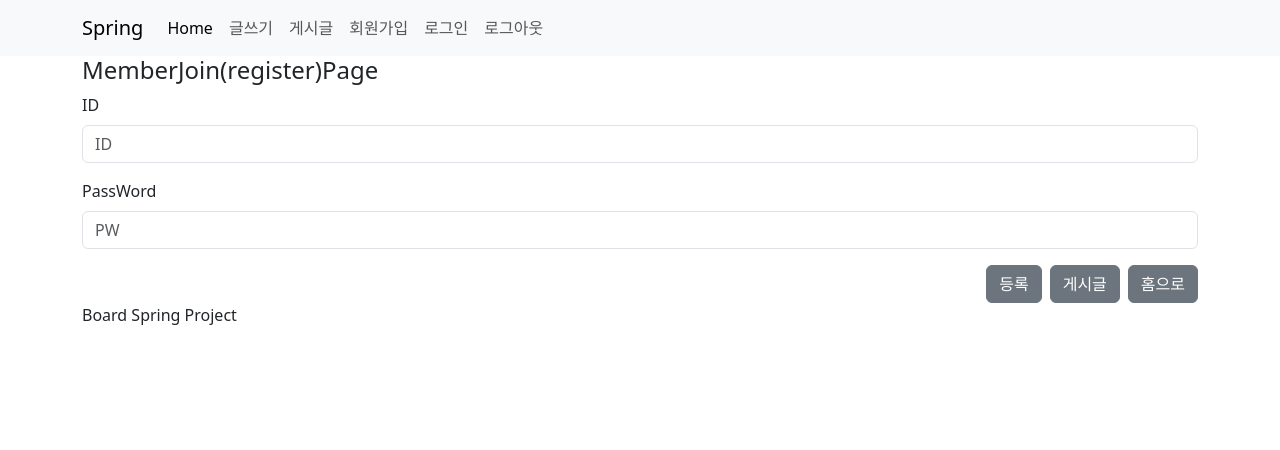
Repository: dasberaht/240430_SPRING_PROJECT
Page: http://localhost/spring_study/WEB-INF/views/member/register.jsp
An editor plug-in stored every save of this project. The page is shown before and after the next save, followed by the edit.
The browser window is 1280 px wide. The pictures show the whole page.
The page is served by Tomcat 9. Nobody is signed in. The template is opened directly, without the code that normally fills it, so the values that code supplies are empty.

Above is the page before, as saved 2024-04-25 05:51:09.

### spring_study/src/main/webapp/WEB-INF/views/member/register.jsp
<%@ page language="java" contentType="text/html; charset=UTF-8"
    pageEncoding="UTF-8"%>

<jsp:include page="../layout/header.jsp" />
	<div class="container-md">
		<h4>MemberJoin(register)Page</h4>
		<div>
		<form action="" method="post">
			<div class="mb-3">
			  <label for="i" class="form-label">ID</label>
			  <input type="text" class="form-control" name="id" id="i" placeholder="ID">
			</div>
			<div class="mb-3">
			  <label for="p" class="form-label">PassWord</label>
			  <input type="text" class="form-control" name="pw" id="p" placeholder="PW">
			</div>


			<div class="d-grid gap-2 d-md-flex justify-content-md-end">
			<button type="submit" class="btn btn-secondary">등록</button>
			<a href="/board/list"><button type="button" class="btn btn-secondary">게시글</button></a>
			<a href="index"><button type="button" class="btn btn-secondary">홈으로</button></a>
			</div>
		</form>
	</div>
	</div>
<jsp:include page="../layout/footer.jsp" />

### spring_study/src/main/webapp/WEB-INF/views/layout/header.jsp
<%@ page language="java" contentType="text/html; charset=UTF-8"
    pageEncoding="UTF-8"%>
<!DOCTYPE html>
<html>
<head>
<meta charset="UTF-8">
<title>header.jsp</title>
<link href="https://cdn.jsdelivr.net/npm/bootstrap@5.3.3/dist/css/bootstrap.min.css" rel="stylesheet" integrity="sha384-QWTKZyjpPEjISv5WaRU9OFeRpok6YctnYmDr5pNlyT2bRjXh0JMhjY6hW+ALEwIH" crossorigin="anonymous">
<script src="https://cdn.jsdelivr.net/npm/bootstrap@5.3.3/dist/js/bootstrap.bundle.min.js" integrity="sha384-YvpcrYf0tY3lHB60NNkmXc5s9fDVZLESaAA55NDzOxhy9GkcIdslK1eN7N6jIeHz" crossorigin="anonymous"></script>
</head>
<body>
<!-- 부트스트랩 네비게이션 바 참고 -->
<nav class="navbar navbar-expand-lg bg-body-tertiary">
  <!-- <div class="container-fluid"> -->
  <div class="container-md">
    <a class="navbar-brand" href="#">Spring</a>
    <button class="navbar-toggler" type="button" data-bs-toggle="collapse" data-bs-target="#navbarSupportedContent" aria-controls="navbarSupportedContent" aria-expanded="false" aria-label="Toggle navigation">
      <span class="navbar-toggler-icon"></span>
    </button>
    <div class="collapse navbar-collapse" id="navbarSupportedContent">
      <ul class="navbar-nav me-auto mb-2 mb-lg-0">
        <li class="nav-item">
          <a class="nav-link active" aria-current="page" href="/">Home</a>
        </li>
        <li class="nav-item">
          <a class="nav-link" href="/board/register">글쓰기</a>
        </li>
        <li class="nav-item">
          <a class="nav-link" href="/board/list">게시글</a>
        </li>
        <li class="nav-item">
          <a class="nav-link" href="#">회원가입</a>
        </li>
        <li class="nav-item">
          <a class="nav-link" href="#">로그인</a>
        </li>
        <li class="nav-item">
          <a class="nav-link" href="#">로그아웃</a>
        </li>
      </ul>
    </div>
  </div>
</nav>

### spring_study/src/main/webapp/WEB-INF/views/layout/footer.jsp
<%@ page language="java" contentType="text/html; charset=UTF-8"
    pageEncoding="UTF-8"%>
<!DOCTYPE html>

<title>footer.jsp</title>
	<div class="container-md">
		Board Spring Project ${serverTime }
	</div>

</body>
</html>

After the next save:
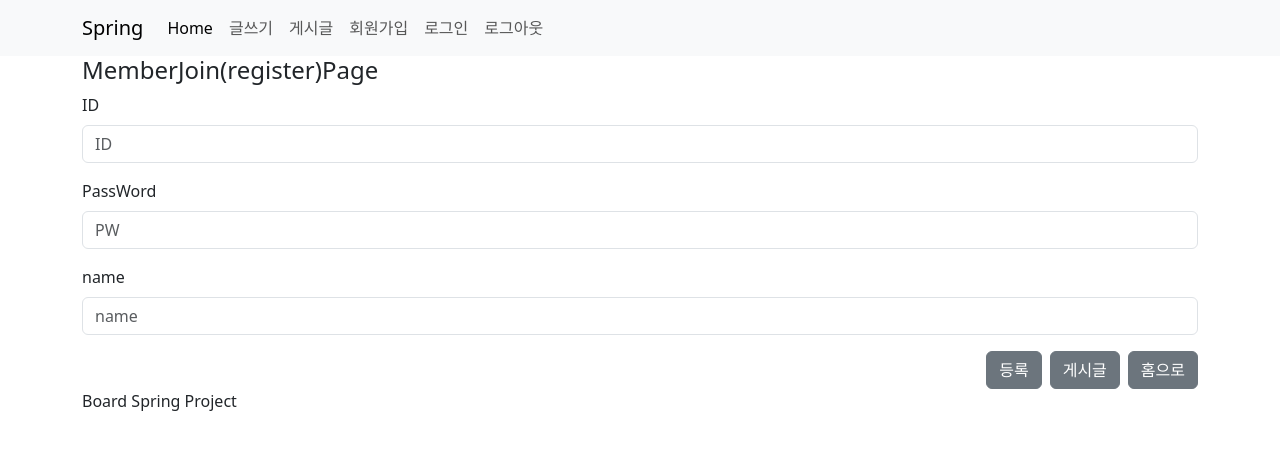
Saved 21 s later.
--- a/spring_study/src/main/webapp/WEB-INF/views/member/register.jsp
+++ b/spring_study/src/main/webapp/WEB-INF/views/member/register.jsp
@@ -14,6 +14,10 @@
 			  <label for="p" class="form-label">PassWord</label>
 			  <input type="text" class="form-control" name="pw" id="p" placeholder="PW">
 			</div>
+			<div class="mb-3">
+			  <label for="n" class="form-label">name</label>
+			  <input type="text" class="form-control" name="name" id="n" placeholder="name">
+			</div>
 
 
 			<div class="d-grid gap-2 d-md-flex justify-content-md-end">
